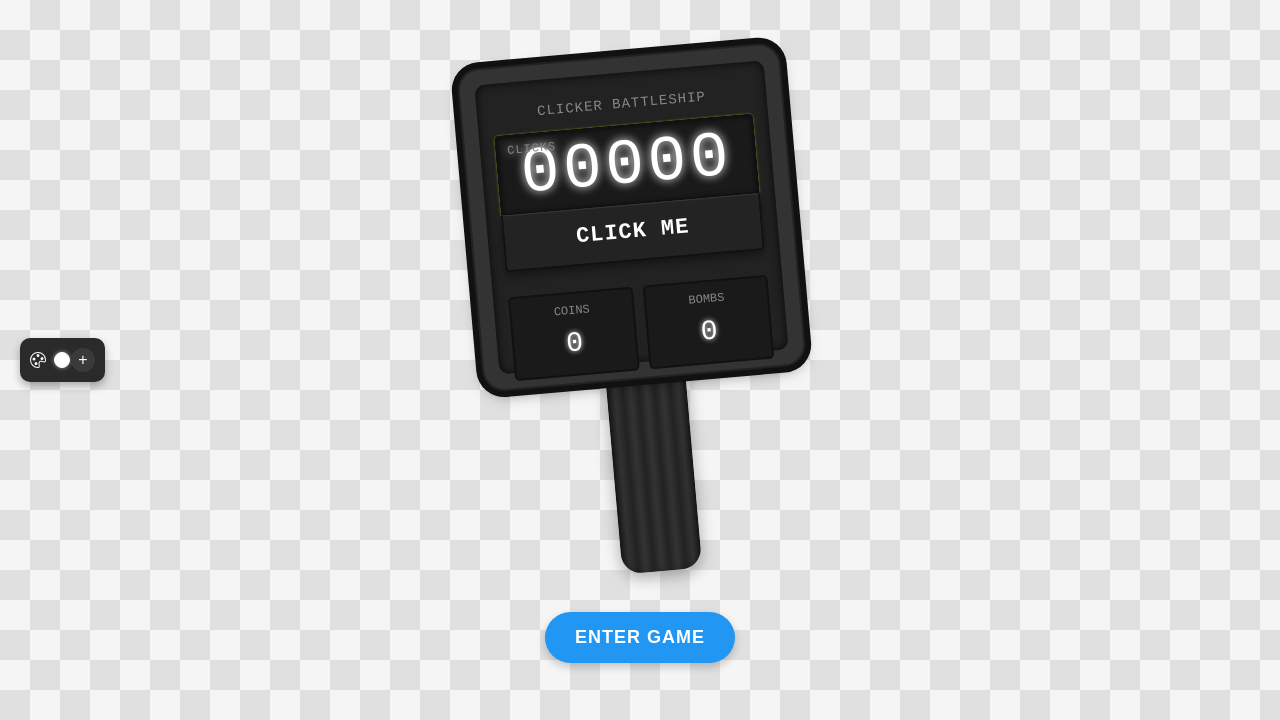
Repository: Moshikol/clicker-battleship
Page: /
The author's editor kept a copy of each file at every save. The page is drawn from the files as they stood at one save, then again after the next save.
The browser window is 1280 px wide. The pictures show the whole page.
Some web fonts or font styles are not loaded; a fallback is used. The project was rebuilt for these pictures with package versions that can differ from the ones it lists, and the page was loaded fresh each time. Also part of the build but not shown: webpack.config.js, src/components/clicker/Clicker.module.css, src/components/clicker/Clicker.tsx, src/components/grid/ShipPlacement.module.css, src/components/grid/ShipPlacement.tsx, src/components/grid/Grid.module.css, src/components/grid/Grid.tsx, src/components/game/GameBoard.module.css and 5 more.

Above is the page before, as saved 2025-03-18 20:57:34.

After the next save:
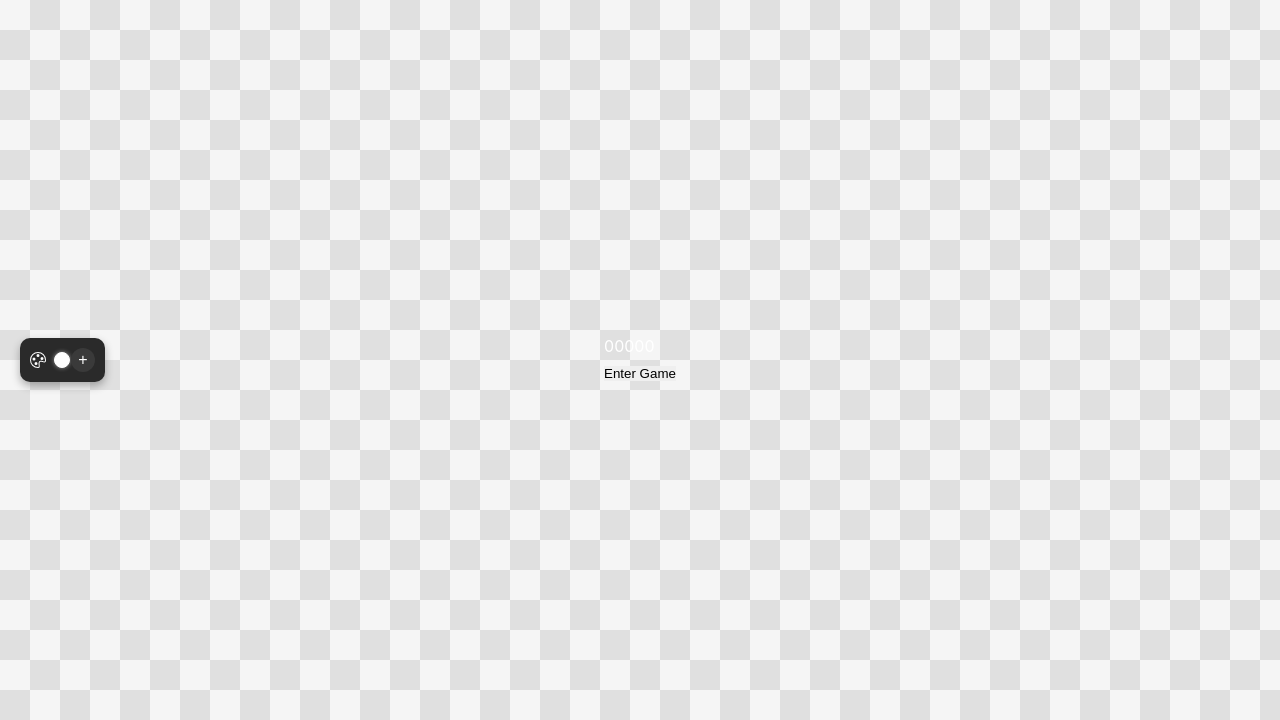
Saved 16 s later.
--- a/src/components/watch/Watch.tsx
+++ b/src/components/watch/Watch.tsx
@@ -3,6 +3,7 @@ import { useSelector, useDispatch } from 'react-redux';
 import { RootState } from '../../store/store';
 import { click, earnCoins } from '../../store/gameSlice';
 import { NavigationContext } from '../../App';
+import { useMobileControls } from '../../hooks/useMobileControls';
 import styles from './Watch.module.css';
 
 export const Watch: React.FC = () => {
@@ -10,14 +11,21 @@ export const Watch: React.FC = () => {
   const { resources, stats, counterColor } = useSelector((state: RootState) => state.game);
   const { navigateTo } = useContext(NavigationContext);
   const [isWatchActive, setIsWatchActive] = useState(false);
+  const { vibrate, isMobileDevice } = useMobileControls();
 
   // Handle the click on the watch button
   const handleWatchClick = () => {
     dispatch(click());
+    dispatch(earnCoins());
 
     // Visual feedback - briefly activate the watch
     setIsWatchActive(true);
     setTimeout(() => setIsWatchActive(false), 200);
+
+    // Provide vibration feedback on mobile devices
+    if (isMobileDevice()) {
+      vibrate(50);
+    }
   };
 
   // Format the click counter display
@@ -28,58 +36,32 @@ export const Watch: React.FC = () => {
 
   return (
     <div className={styles.watchContainer}>
-      <div className={styles.watchOuter}>
-        <div className={styles.watchInner}>
-          <div className={styles.watchFace}>
-            <div className={styles.watchBrand}>CLICKER BATTLESHIP</div>
-
-            <div className={styles.counterSection}>
-              <div
-                className={`${styles.watchDisplay} ${isWatchActive ? styles.active : ''}`}
-                style={{
-                  color: counterColor,
-                  textShadow: `0 0 10px ${counterColor}`
-                }}
-              >
-                {formatClickDisplay()}
-              </div>
-
-              <button
-                className={`${styles.watchButton} ${styles.clickButton}`}
-                onClick={handleWatchClick}
-              >
-                CLICK ME
-              </button>
-            </div>
-
-            <div className={styles.watchStats}>
-              <div className={styles.statItem}>
-                <span className={styles.statLabel}>COINS</span>
-                <span className={styles.statValue} style={{
-                  color: counterColor,
-                  textShadow: `0 0 5px ${counterColor}`
-                }}>{resources.coins}</span>
-              </div>
-              <div className={styles.statItem}>
-                <span className={styles.statLabel}>BOMBS</span>
-                <span className={styles.statValue} style={{
-                  color: counterColor,
-                  textShadow: `0 0 5px ${counterColor}`
-                }}>{resources.bombs}</span>
-              </div>
-            </div>
+      <div className={`${styles.watch} ${isWatchActive ? styles.active : ''}`}>
+        <div className={styles.watchface} onClick={handleWatchClick}>
+          <div className={styles.clockHands}>
+            <div className={styles.hourHand}></div>
+            <div className={styles.minuteHand}></div>
+            <div className={styles.secondHand}></div>
+          </div>
+          <div className={styles.clickCounter} style={{ color: counterColor }}>
+            {formatClickDisplay()}
           </div>
         </div>
-        <div className={styles.watchStrap}></div>
+        <div className={styles.watchControls}>
+          <button
+            className={styles.gameButton}
+            onClick={() => navigateTo('game')}
+          >
+            Enter Game
+          </button>
+        </div>
       </div>
-      <div className={styles.gameNav}>
-        <button
-          className={styles.navButton}
-          onClick={() => navigateTo('game')}
-        >
-          ENTER GAME
-        </button>
-      </div>
+
+      {isMobileDevice() && (
+        <div className={styles.mobileHint}>
+          <p>Tip: Use the volume down button to click!</p>
+        </div>
+      )}
     </div>
   );
 };
